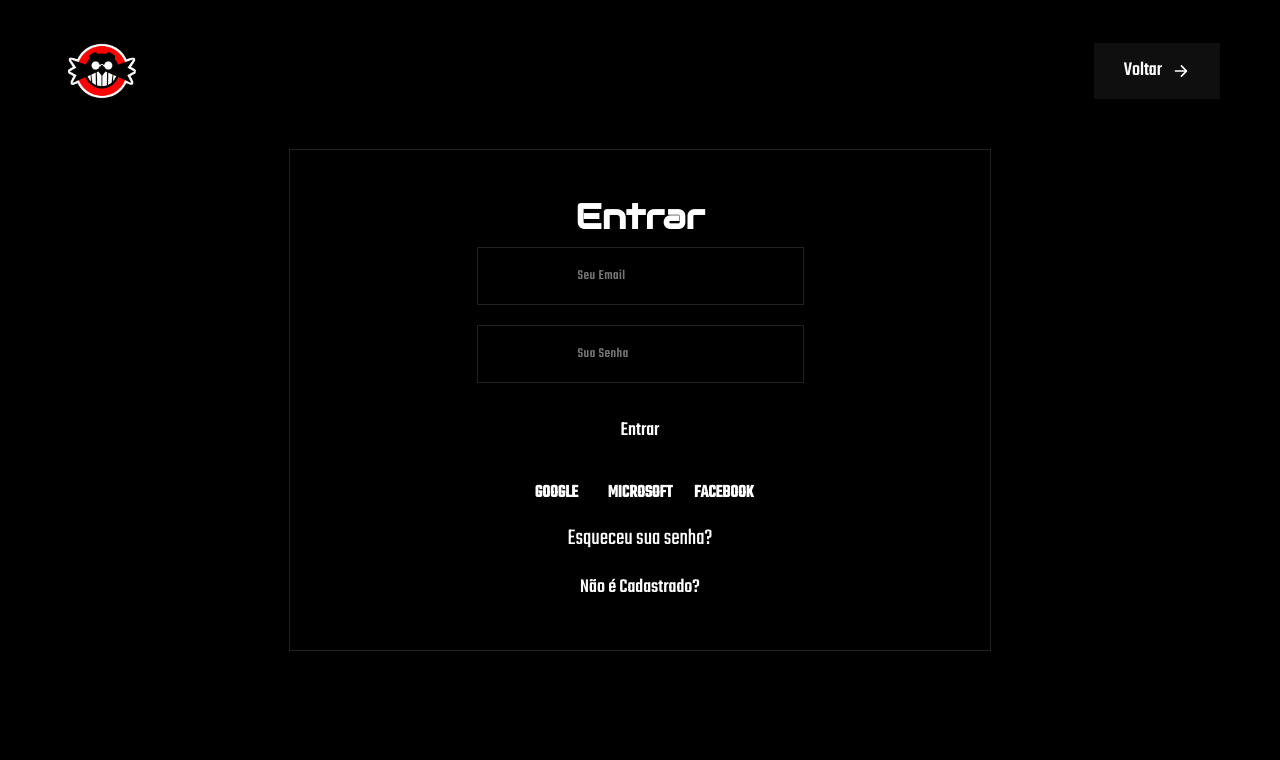
Repository: Cartoon-Network/Projeto-Semestral
Page: cadastro.html
These files come from the project's save history. The page is drawn as it stood at one moment and after a run of saves; the edit follows.
The browser window is 1280 px wide. The pictures show the whole page.
Some icons come from a web library that is not loaded, so they are not drawn. Some web fonts or font styles are not loaded; a fallback is used.

Above is the page before, as saved 2023-11-20 16:12:17.
Console error: TypeError: Cannot read properties of null (reading 'addEventListener')

After the next 2 saves:
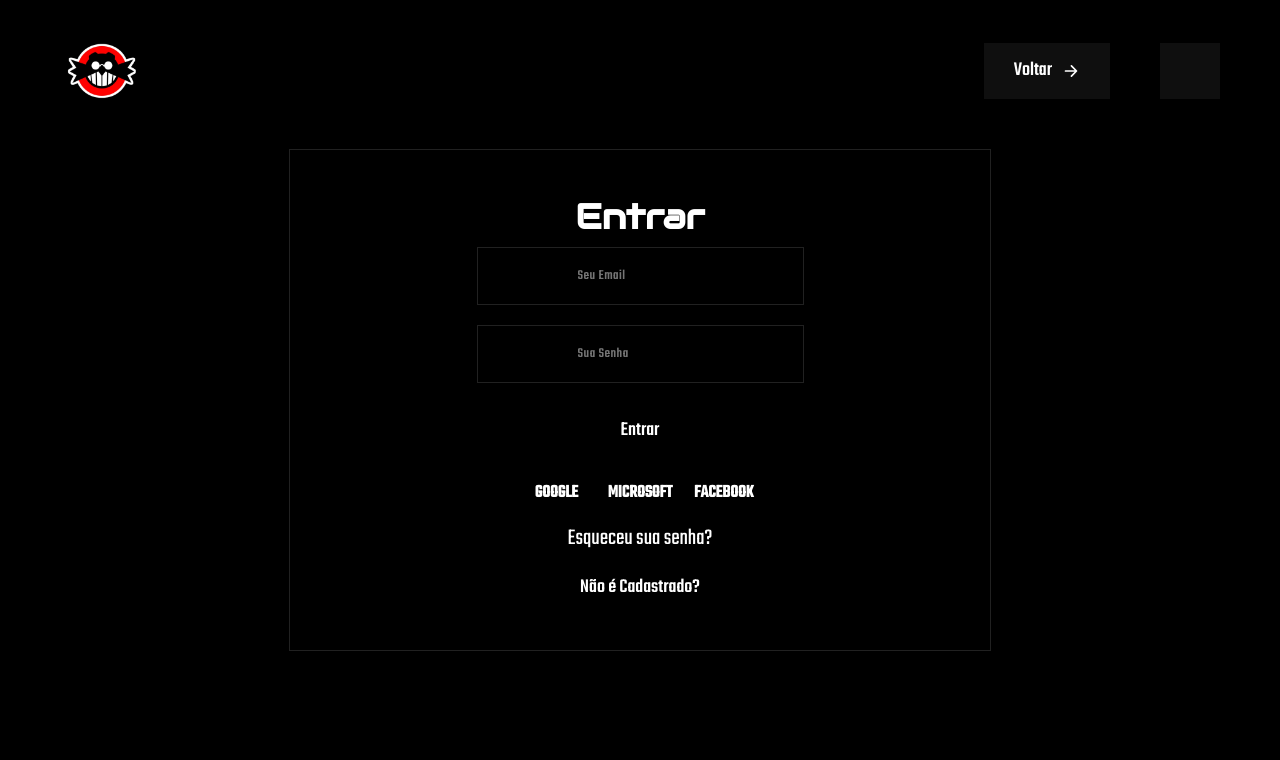
The 2 saves are shown as one change because they came seconds apart.
The last was saved 6 s later.
--- a/cadastro.html
+++ b/cadastro.html
@@ -53,11 +53,12 @@
 
         <ul class="navbar-list">
 
-          <div class="search-"></div>
+          <div class="search-">
       <a href="index.html" class="btn btn:hover">
         <span class="span">Voltar</span>
         <ion-icon name="arrow-forward"
         aria-hidden="true"></ion-icon>
+      </div>
       </a>
     </ul>
   </nav>

After the 4 saves that followed:
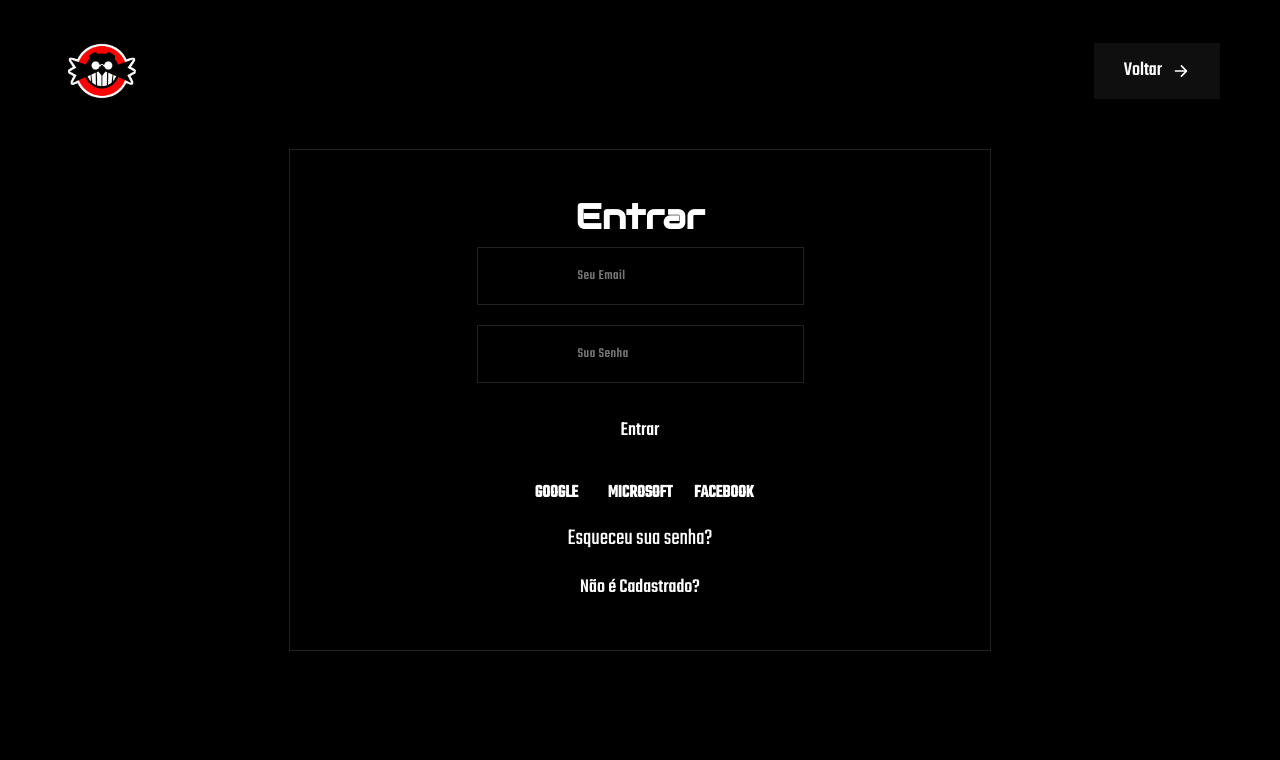
The 4 saves are shown as one change because 1 left the picture as it was and some came seconds apart.
The last was saved 2 min 49 s later.
--- a/cadastro.html
+++ b/cadastro.html
@@ -53,12 +53,11 @@
 
         <ul class="navbar-list">
 
-          <div class="search-">
       <a href="index.html" class="btn btn:hover">
         <span class="span">Voltar</span>
+
         <ion-icon name="arrow-forward"
         aria-hidden="true"></ion-icon>
-      </div>
       </a>
     </ul>
   </nav>
@@ -73,7 +72,6 @@
       data-overlay data-nav-toggler></div>
     </div>
   </header>
-
   <main>
     <article>
       <div class="cursor-dot" data-cursor></div>
